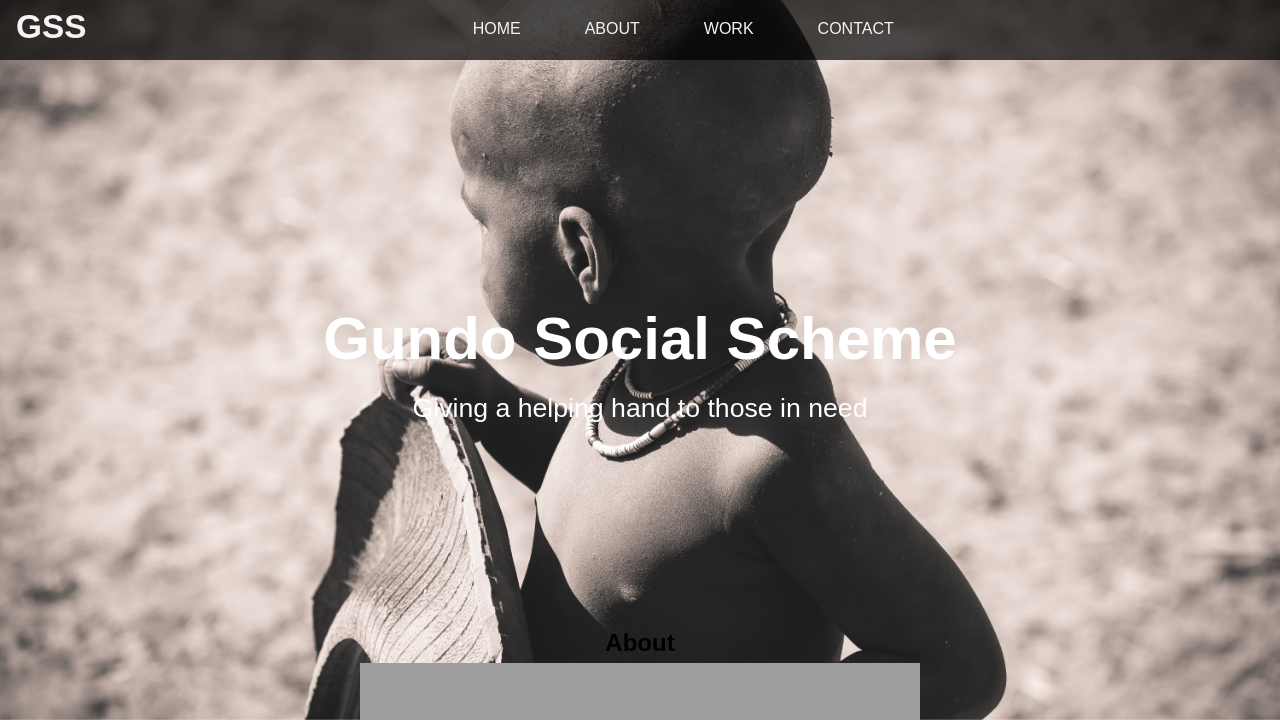
Repository: blessingNtoko/gss-basic_website
Page: index.html
The author's editor kept a copy of each file at every save. The page is drawn from the files as they stood at one save, then again after the next save.
The browser window is 1280 px wide. The pictures show the whole page.
Pictures or frames that could not be fetched are drawn as grey boxes. An inner scrolling area shows only its first screen.

Above is the page before, as saved 2020-05-12 23:55:09.

After the next save:
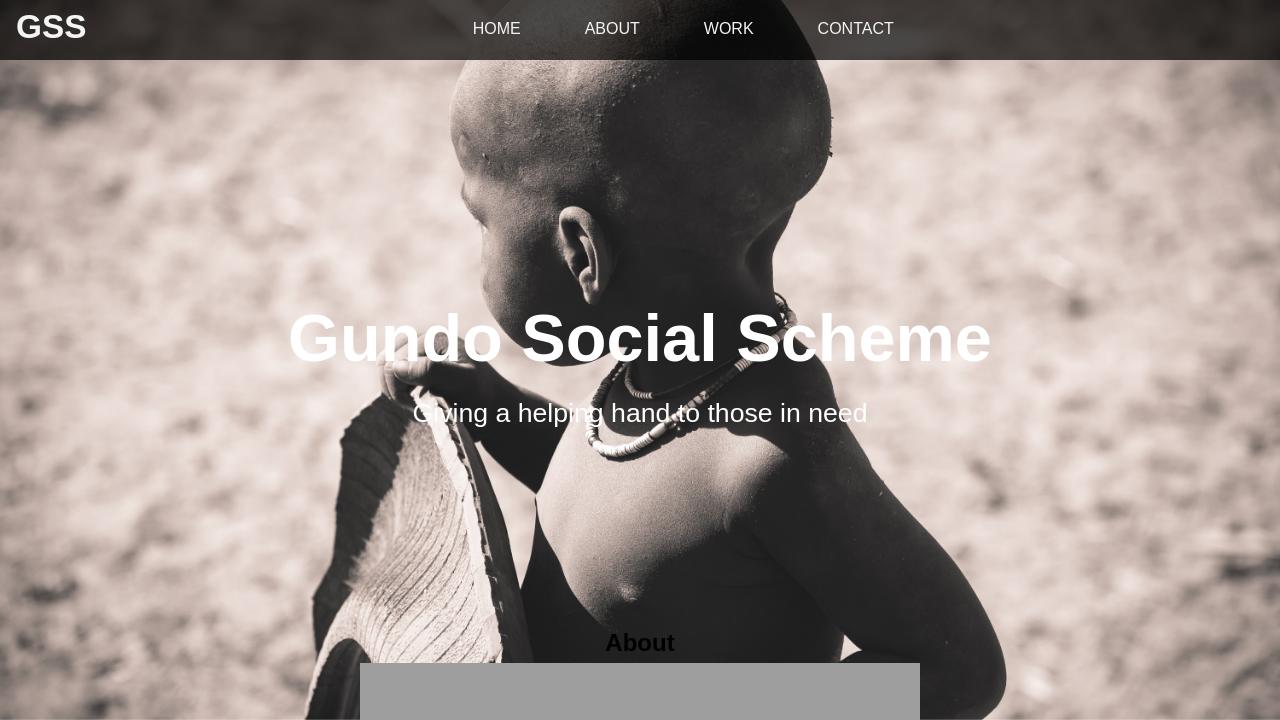
Saved 2 min 39 s later.
--- a/style.css
+++ b/style.css
@@ -88,7 +88,7 @@ section {
 }
 
 #home h1 {
-    font-size: 45pt;
+    font-size: 50pt;
 }
 
 #home p {
